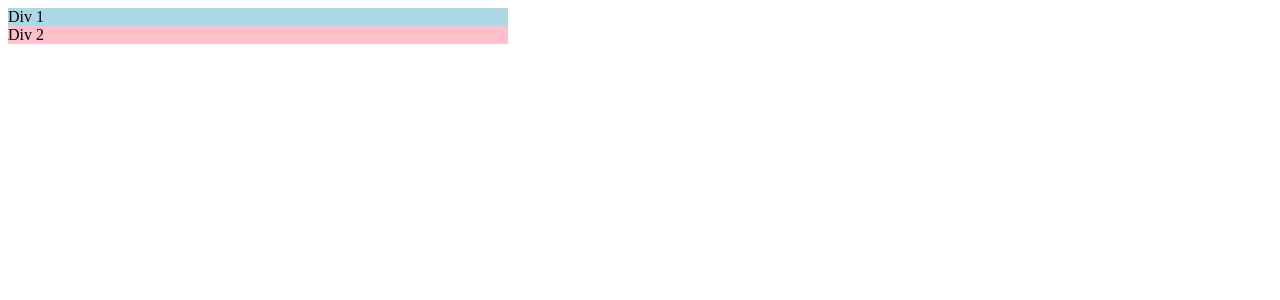
Repository: RagulRanjeeth/Frontend
Page: Exercises/Grids.html
These files come from the project's save history. The page is drawn as it stood at one moment and after the next save; the edit follows.
The browser window is 1280 px wide. The pictures show the whole page.

Above is the page before, as saved 2026-01-25 15:51:07.

After the next save:
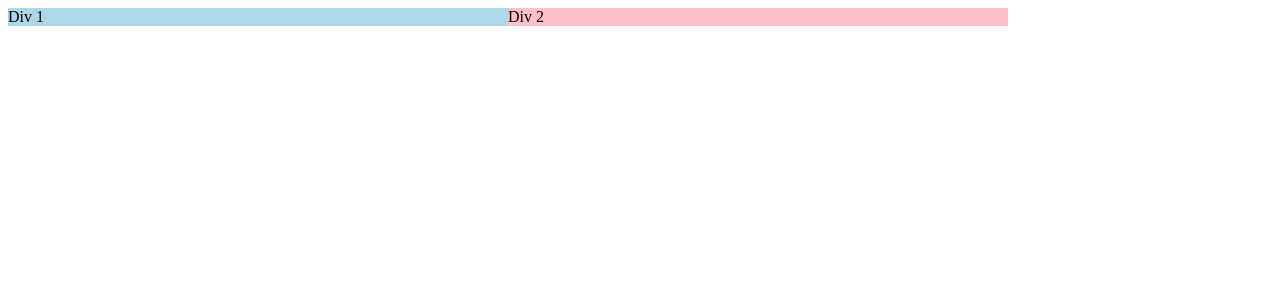
Saved 9 s later.
--- a/Exercises/Grids.html
+++ b/Exercises/Grids.html
@@ -6,7 +6,7 @@
     <body>
         <div style="
         display: grid;
-        grid-template-columns: 500px;
+        grid-template-columns: 500px 500px;
         ">
             <div style="background-color: lightblue">Div 1</div>
             <div style="background-color: rgb(255, 192, 203)">Div 2</div>
